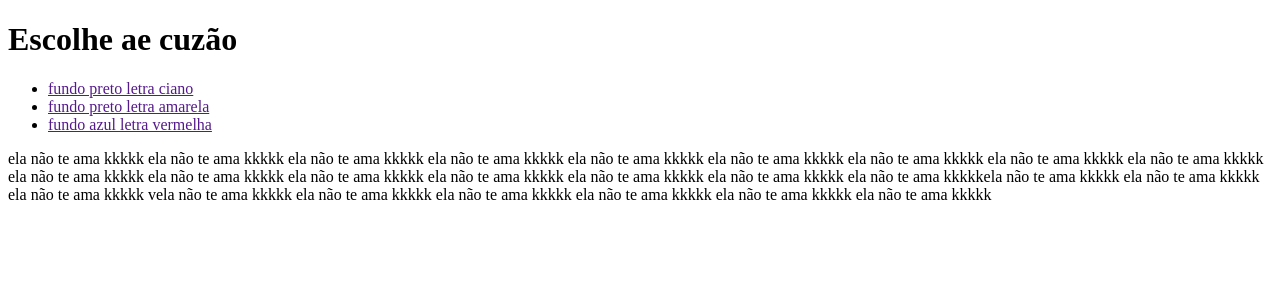
Repository: Leonngc/html-css
Page: ex024/otarios.html
These files come from the project's save history. The page is drawn as it stood at one moment and after the next save; the edit follows.
The browser window is 1280 px wide. The pictures show the whole page.

Above is the page before, as saved 2022-11-15 18:41:48.

After the next save:
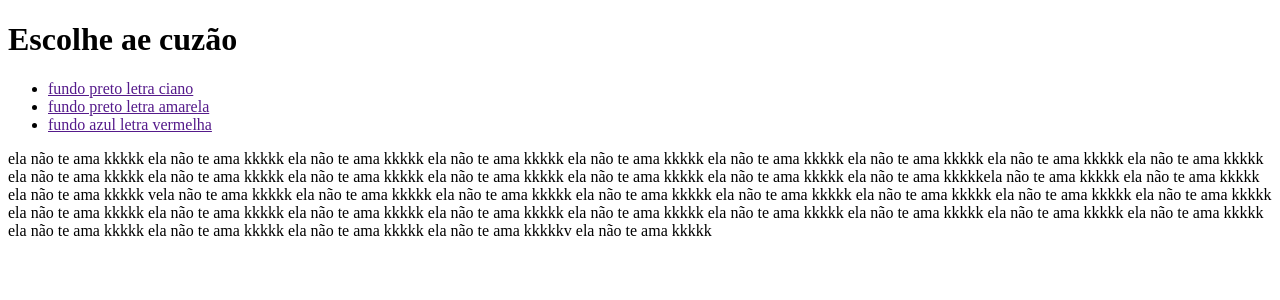
Saved 14 s later.
--- a/ex024/otarios.html
+++ b/ex024/otarios.html
@@ -14,6 +14,6 @@
         <li><a href="">fundo azul letra vermelha</a></li>
     </ul>
 
-    <p>ela não te ama kkkkk ela não te ama kkkkk ela não te ama kkkkk ela não te ama kkkkk ela não te ama kkkkk ela não te ama kkkkk ela não te ama kkkkk ela não te ama kkkkk ela não te ama kkkkk ela não te ama kkkkk ela não te ama kkkkk ela não te ama kkkkk ela não te ama kkkkk ela não te ama kkkkk ela não te ama kkkkk ela não te ama kkkkkela não te ama kkkkk ela não te ama kkkkk ela não te ama kkkkk vela não te ama kkkkk ela não te ama kkkkk ela não te ama kkkkk ela não te ama kkkkk ela não te ama kkkkk ela não te ama kkkkk</p>
+    <p>ela não te ama kkkkk ela não te ama kkkkk ela não te ama kkkkk ela não te ama kkkkk ela não te ama kkkkk ela não te ama kkkkk ela não te ama kkkkk ela não te ama kkkkk ela não te ama kkkkk ela não te ama kkkkk ela não te ama kkkkk ela não te ama kkkkk ela não te ama kkkkk ela não te ama kkkkk ela não te ama kkkkk ela não te ama kkkkkela não te ama kkkkk ela não te ama kkkkk ela não te ama kkkkk vela não te ama kkkkk ela não te ama kkkkk ela não te ama kkkkk ela não te ama kkkkk ela não te ama kkkkk ela não te ama kkkkk ela não te ama kkkkk ela não te ama kkkkk ela não te ama kkkkk ela não te ama kkkkk ela não te ama kkkkk ela não te ama kkkkk ela não te ama kkkkk ela não te ama kkkkk ela não te ama kkkkk ela não te ama kkkkk ela não te ama kkkkk ela não te ama kkkkk ela não te ama kkkkk ela não te ama kkkkk ela não te ama kkkkkv ela não te ama kkkkk</p>
 </body>
 </html>
